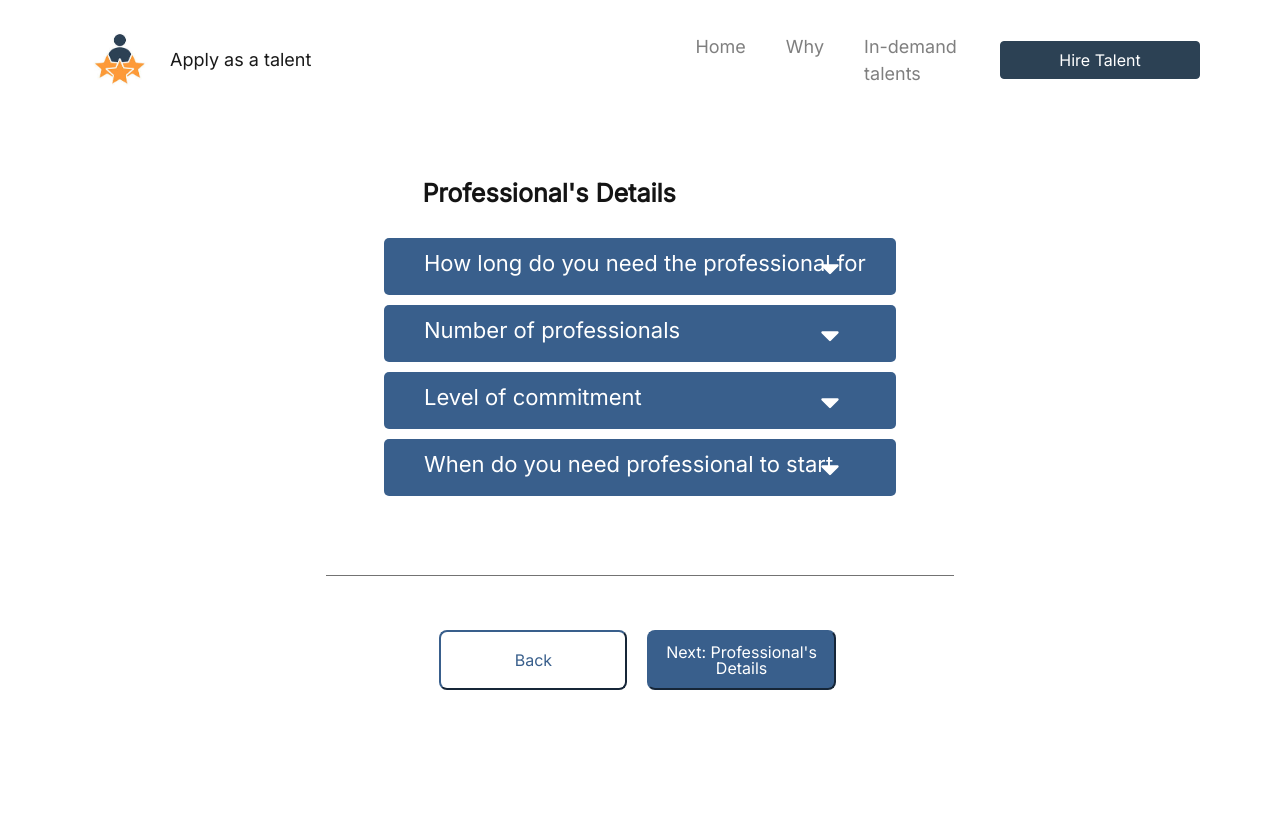
Repository: Ashwe9/talent-hire-reactJs
Page: /professionaldetails
The author's editor kept a copy of each file at every save. The page is drawn from the files as they stood at one save, then again after the next save.
The browser window is 1280 px wide. The pictures show the whole page.
The project was rebuilt for these pictures with package versions that can differ from the ones it lists, and the page was loaded fresh each time. Also part of the build but not shown: src/homePage/components/TrustedBy/TrustedBy.css, src/homePage/components/TrustedBy/TrustedBy.js, src/homePage/components/Roles/Roles.css, src/homePage/components/Roles/Roles.js, src/homePage/components/homePageFooter/HomePageFooter.css, src/homePage/components/homePageFooter/HomePageFooter.js, src/homePage/HomePage.js, src/kpisPage/Header.css and 9 more.

Above is the page before, as saved 2022-08-20 14:00:39.

After the next save:
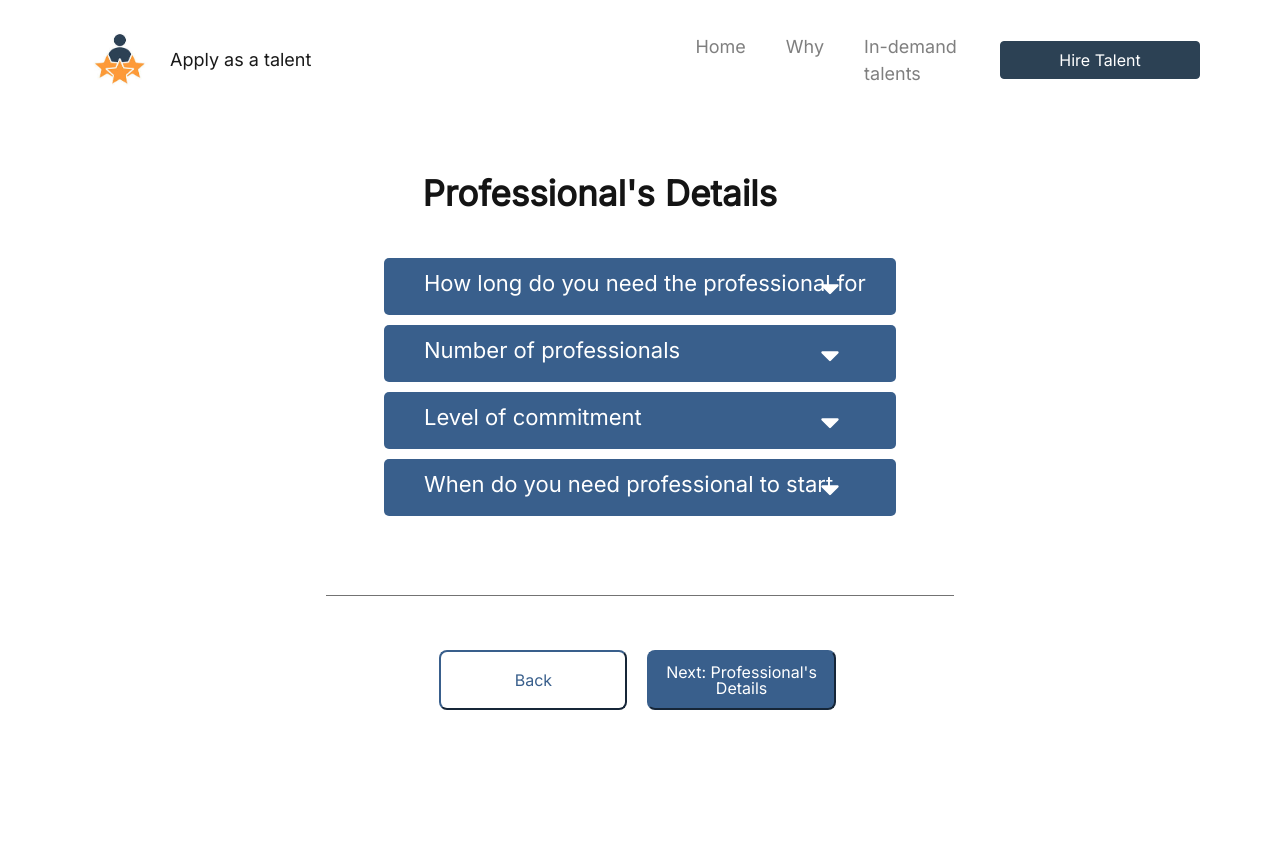
Saved 20 s later.
--- a/src/professionalDetails/Header.js
+++ b/src/professionalDetails/Header.js
@@ -4,7 +4,7 @@ import './Header.css'
 const Header = () => {
   return (
     <div className='headers-box'>
-        <p className='headers-by-title'>
+        <p className='header'>
             Professional's Details
         </p>
     </div>
